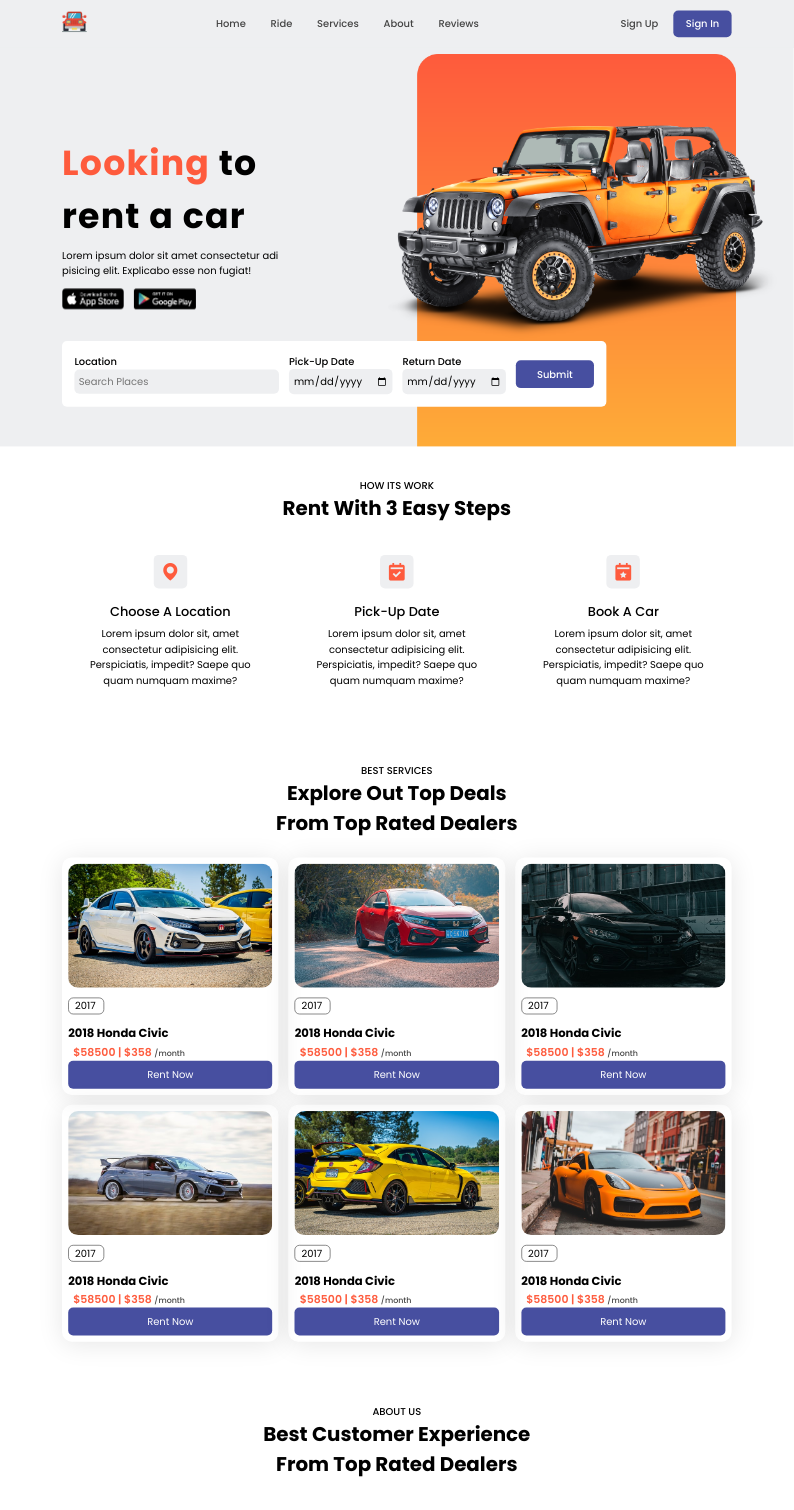
Repository: douglasabnovato/car-rental
Page: index.html
An editor plug-in stored every save of this project. The page is shown before and after the next save, followed by the edit.
The browser window is 1280 px wide. The pictures show the whole page, at 62% of full size.

Above is the page before, as saved 2025-05-16 15:40:03.

### index.html
<!DOCTYPE html>
<html lang="en">
  <head>
    <meta charset="UTF-8" />
    <meta name="viewport" content="width=device-width, initial-scale=1.0" />
    <title>Car Rental</title>
    <link
      rel="stylesheet"
      href="https://cdn.jsdelivr.net/npm/boxicons@latest/css/boxicons.min.css"
    />
    <link rel="stylesheet" href="./style.css" />
  </head>
  <body>
    <!-- Header -->
    <header>
      <a href="#" class="logo"
        ><img src="./assets/jeep.png" alt="logo da car rental" srcset=""
      /></a>
      <div class="bx bx-menu" id="menu-icon"></div>
      <ul class="navbar">
        <li><a href="#home">Home</a></li>
        <li><a href="#ride">Ride</a></li>
        <li><a href="#services">Services</a></li>
        <li><a href="#about">About</a></li>
        <li><a href="#reviews">Reviews</a></li>
      </ul>
      <div class="header-btn">
        <a href="#" class="sign-up">Sign Up</a>
        <a href="#" class="sign-in">Sign In</a>
      </div>
    </header>

    <!-- Home -->
    <section class="home" id="home">
      <div class="text">
        <h1>
          <span>Looking</span> to <br />
          rent a car
        </h1>
        <p>
          Lorem ipsum dolor sit amet consectetur adi <br />
          pisicing elit. Explicabo esse non fugiat!
        </p>
        <div class="app-stores">
          <img src="./assets/ios.png" alt="" />
          <img src="./assets/play.png" alt="" />
        </div>
      </div>
      <div class="form-container">
        <form action="">
          <div class="input-box">
            <span>Location</span>
            <input type="search" name="" id="" placeholder="Search Places" />
          </div>
          <div class="input-box">
            <span>Pick-Up Date</span>
            <input type="date" name="" id="" />
          </div>
          <div class="input-box">
            <span>Return Date</span>
            <input type="date" name="" id="" />
          </div>
          <input type="submit" name="" id="" class="btn" />
        </form>
      </div>
    </section>

    <!-- Ride -->
    <section class="ride" id="ride">
      <div class="heading">
        <span>How Its Work</span>
        <h1>Rent With 3 Easy Steps</h1>
      </div>
      <div class="ride-container">
        <div class="box">
          <i class="bx bxs-map"></i>
          <h2>Choose A Location</h2>
          <p>
            Lorem ipsum dolor sit, amet consectetur adipisicing elit.
            Perspiciatis, impedit? Saepe quo quam numquam maxime?
          </p>
        </div>
        <div class="box">
          <i class="bx bxs-calendar-check"></i>
          <h2>Pick-Up Date</h2>
          <p>
            Lorem ipsum dolor sit, amet consectetur adipisicing elit.
            Perspiciatis, impedit? Saepe quo quam numquam maxime?
          </p>
        </div>
        <div class="box">
          <i class="bx bxs-calendar-star"></i>
          <h2>Book A Car</h2>
          <p>
            Lorem ipsum dolor sit, amet consectetur adipisicing elit.
            Perspiciatis, impedit? Saepe quo quam numquam maxime?
          </p>
        </div>
      </div>
    </section>

    <!-- Services -->
    <section class="services" id="services">
      <div class="heading">
        <span>Best Services</span>
        <h1>
          Explore Out Top Deals <br />
          From Top Rated Dealers
        </h1>
      </div>
      <div class="services-container">
        <div class="box">
          <div class="box-img">
            <img src="./assets/car1.jpg" alt="car1" />
          </div>
          <p>2017</p>
          <h3>2018 Honda Civic</h3>
          <h2>$58500 | $358 <span> /month</span></h2>
          <a href="#" class="btn">Rent Now</a>
        </div>

        <div class="box">
          <div class="box-img">
            <img src="./assets/car2.jpg" alt="car1" />
          </div>
          <p>2017</p>
          <h3>2018 Honda Civic</h3>
          <h2>$58500 | $358 <span> /month</span></h2>
          <a href="#" class="btn">Rent Now</a>
        </div>

        <div class="box">
          <div class="box-img">
            <img src="./assets/car3.jpg" alt="car1" />
          </div>
          <p>2017</p>
          <h3>2018 Honda Civic</h3>
          <h2>$58500 | $358 <span> /month</span></h2>
          <a href="#" class="btn">Rent Now</a>
        </div>

        <div class="box">
          <div class="box-img">
            <img src="./assets/car4.jpg" alt="car1" />
          </div>
          <p>2017</p>
          <h3>2018 Honda Civic</h3>
          <h2>$58500 | $358 <span> /month</span></h2>
          <a href="#" class="btn">Rent Now</a>
        </div>

        <div class="box">
          <div class="box-img">
            <img src="./assets/car5.jpg" alt="car1" />
          </div>
          <p>2017</p>
          <h3>2018 Honda Civic</h3>
          <h2>$58500 | $358 <span> /month</span></h2>
          <a href="#" class="btn">Rent Now</a>
        </div>

        <div class="box">
          <div class="box-img">
            <img src="./assets/car6.jpg" alt="car1" />
          </div>
          <p>2017</p>
          <h3>2018 Honda Civic</h3>
          <h2>$58500 | $358 <span> /month</span></h2>
          <a href="#" class="btn">Rent Now</a>
        </div>
      </div>
    </section>

    <!-- About -->

    <section class="about" id="about">
      <div class="heading">
        <span>About Us</span>
        <h1>
          Best Customer Experience <br />
          From Top Rated Dealers
        </h1>
      </div>
    </section>

    <!-- Link to JS -->
    <script src="./script.js"></script>
  </body>
</html>

### style.css
@import url("https://fonts.googleapis.com/css2?family=Noto+Sans:ital,wght@0,100..900;1,100..900&family=Poppins:ital,wght@0,100;0,200;0,300;0,400;0,500;0,600;0,700;0,800;0,900;1,100;1,200;1,300;1,400;1,500;1,600;1,700;1,800;1,900&display=swap");

* {
  margin: 0;
  padding: 0;
  box-sizing: border-box;
  scroll-padding-top: 2rem;
  scroll-behavior: smooth;
  list-style: none;
  text-decoration: none;
  font-family: "Poppins", sans-serif;
}

:root {
  --main-color: #fe5b3d;
  --second-color: #ffac38;
  --text-color: #444;
  --gradient: linear-gradient(#fe5b3d, #ffac38);
}

html::-webkit-scrollbar {
  width: 0.5rem;
}

html::-webkit-scrollbar-track {
  background: transparent;
}

html::-webkit-scrollbar-thumb {
  background: var(--main-color);
  border-radius: 5rem;
}

section {
  padding: 50px 100px;
}

/* Header */

header {
  position: fixed;
  width: 100%;
  top: 0;
  right: 0;
  z-index: 1000;
  display: flex;
  align-items: center;
  justify-content: space-between;
  background: #eeeff1;
  padding: 15px 100px;
}

.logo img {
  width: 40px;
}

.navbar {
  display: flex;
}

.navbar li {
  position: relative;
}

.navbar a {
  font-size: 1rem;
  padding: 10px 20px;
  color: var(--text-color);
  font-weight: 500;
}

.navbar a:after {
  content: "";
  width: 0;
  height: 3px;
  background: var(--gradient);
  position: absolute;
  bottom: -4px;
  left: 0;
  transition: 0.5s;
}

.navbar a:hover::after {
  width: 100%;
}

#menu-icon {
  font-size: 24px;
  cursor: pointer;
  z-index: 10001;
  display: none;
}

.header-btn a {
  padding: 10px 20px;
  color: var(--text-color);
  font-weight: 500;
}

.header-btn .sign-in {
  background: #474fa0;
  color: #fff;
  border-radius: 0.5rem;
}

.header-btn .sign-in:hover {
  background: var(--main-color);
}

/* Home */
.home {
  width: 100%;
  min-height: 100vh;
  position: relative;
  background: url(./assets/Car\ Website\ –\ 1@2x.png);
  background-repeat: no-repeat;
  background-position: center right;
  background-size: cover;
  display: grid;
  align-items: center;
  grid-template-columns: repeat(2, 1fr);
}

.text h1 {
  font-size: 3.5rem;
  letter-spacing: 2px;
}

.text span {
  color: var(--main-color);
}

.text p {
  margin: 0.5rem 0 1rem;
}

.app-stores {
  display: flex;
}

.app-stores img {
  width: 100px;
  margin-right: 1rem;
  cursor: pointer;
}

.form-container form {
  display: flex;
  flex-wrap: wrap;
  align-items: center;
  gap: 1rem;
  position: absolute;
  bottom: 4rem;
  left: 100px;
  background: #fff;
  padding: 20px;
  border-radius: 0.5rem;
}

.input-box {
  flex: 1 1 7rem;
  display: flex;
  flex-direction: column;
}

.input-box span {
  font-weight: 500;
}

.input-box input {
  padding: 7px;
  outline: none;
  border: none;
  background: #eeeff1;
  border-radius: 0.5rem;
  font-size: 1rem;
}

.form-container form .btn {
  flex: 1 1 7rem;
  padding: 10px 34px;
  border: none;
  border-radius: 0.5rem;
  background: #474fa0;
  color: #fff;
  font-size: 1rem;
  font-weight: 500;
}

.form-container form .btn:hover {
  background: var(--main-color);
  cursor: pointer;
}

/* Ride */
.heading {
  text-align: center;
}

.heading span {
  font-weight: 500;
  text-transform: uppercase;
}

.heading h1 {
  font-size: 2rem;
}

.ride-container {
  display: grid;
  align-items: center;
  grid-template-columns: repeat(auto-fit, minmax(250px, auto));
  gap: 1rem;
  margin-top: 2rem;
}

.ride-container .box {
  text-align: center;
  padding: 20px;
}

.ride-container .box .bx {
  font-size: 34px;
  padding: 10px;
  background: #eeeff1;
  border-radius: 0.5rem;
  color: var(--main-color);
}

.ride-container .box h2 {
  font-size: 1.3rem;
  font-weight: 500;
  margin: 1.4rem 0 0.5rem;
}

.ride-container .box .bx:hover,
.ride-container .box .bx .bxs-calendar-star {
  background: var(--gradient);
  color: #fff;
}

/* Services */
.services-container {
  display: grid;
  grid-template-columns: repeat(auto-fit, minmax(300px, auto));
  gap: 1rem;
  margin-top: 2rem;
}

.services-container .box {
  padding: 10px;
  border-radius: 1rem;
  box-shadow: 1px 4px 41px rgba(0, 0, 0, 0.1);
}

.services-container .box .box-img {
  width: 100%;
  height: 200px;
}

.services-container .box .box-img img {
  width: 100%;
  height: 100%;
  border-radius: 1rem;
  object-fit: cover;
  object-position: center;
}

.services-container .box p {
  padding: 0 10px;
  border: 1px solid var(--text-color);
  width: 58px;
  border-radius: 0.5rem;
  margin: 1rem 0 1rem;
}

.services-container .box h2 {
  font-size: 1.1rem;
  font-weight: 600;
  color: var(--main-color);
  margin: 0.2rem 0 0 0.5rem;
}

.services-container .box h2 span {
  font-size: 0.8rem;
  font-weight: 500;
  color: var(--text-color);
}

.services-container .box .btn {
  display: flex;
  justify-content: center;
  background: #474fa0;
  color: #fff;
  padding: 10px;
  border-radius: 0.5rem;
}

.services-container .box .btn:hover {
  background: var(--main-color);
}

/* About */

Loaded but not shown: script.js (no stored copy; drawn as an empty file)

After the next save:
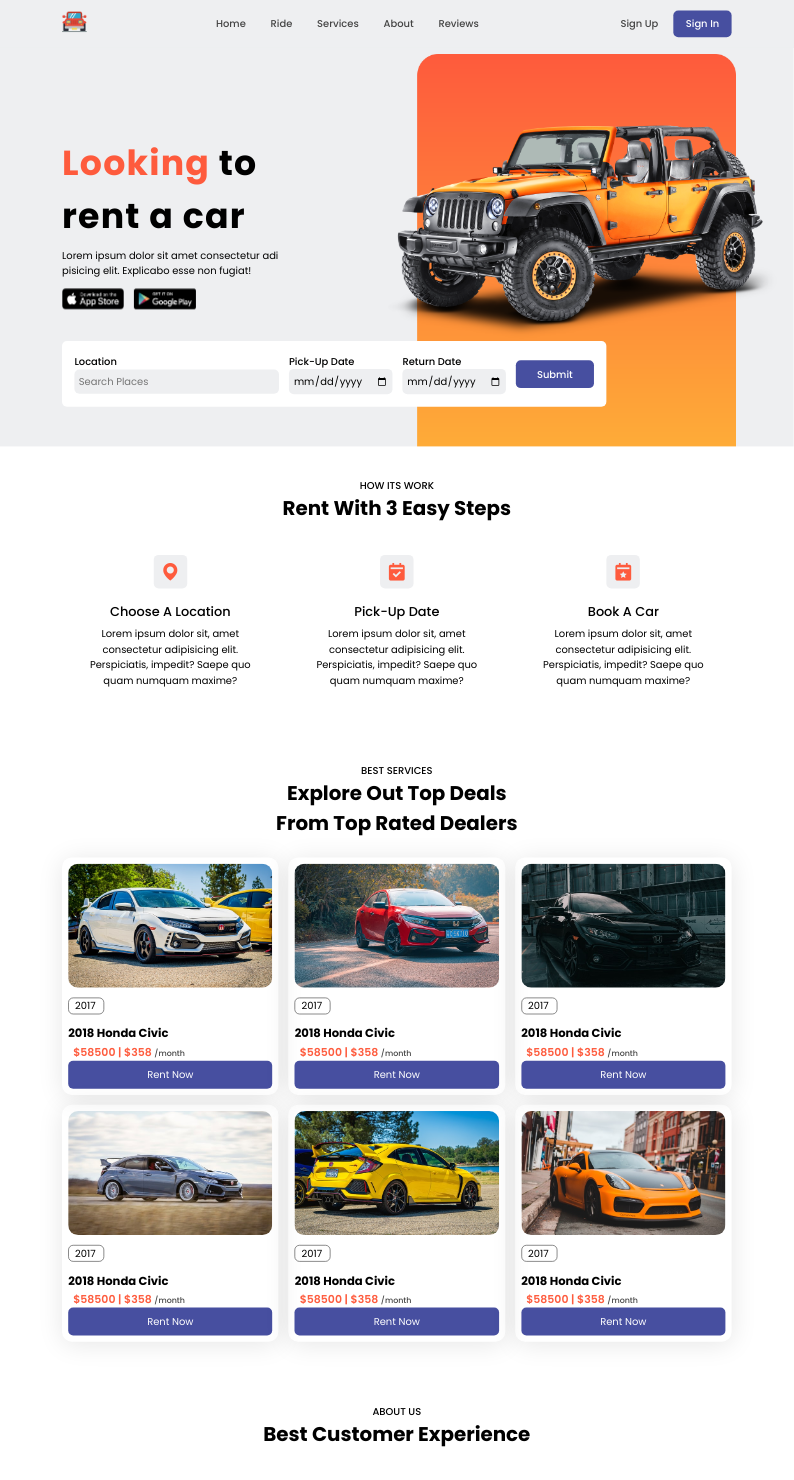
Saved 9 s later.
--- a/index.html
+++ b/index.html
@@ -177,8 +177,7 @@
       <div class="heading">
         <span>About Us</span>
         <h1>
-          Best Customer Experience <br />
-          From Top Rated Dealers
+          Best Customer Experience
         </h1>
       </div>
     </section>
